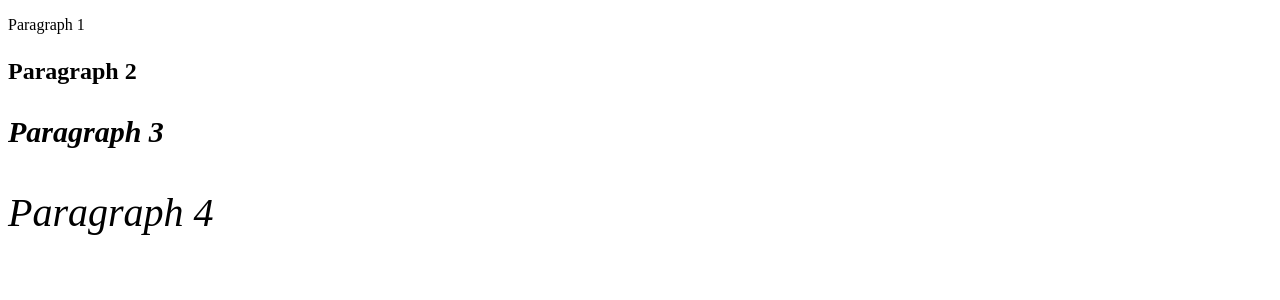
Repository: yeosong-SMU/Java-Fulls-tack
Page: html/src/main/webapp/ch02/fontsize.html
These files come from the project's save history. The page is drawn as it stood at one moment and after the next save; the edit follows.
The browser window is 1280 px wide. The pictures show the whole page.

Above is the page before, as saved 2025-04-01 02:17:32.

After the next save:
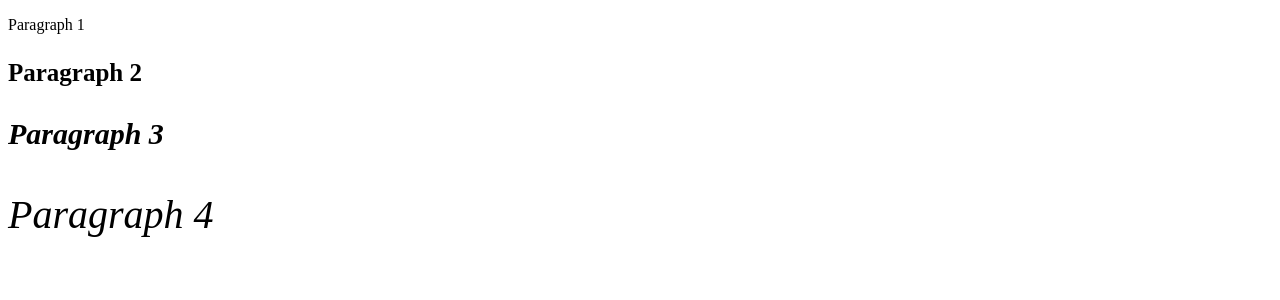
Saved 21 s later.
--- a/html/src/main/webapp/ch02/fontsize.html
+++ b/html/src/main/webapp/ch02/fontsize.html
@@ -9,7 +9,7 @@
 }
 
 #p2 {
-	font-size: 24px;
+	font-size: 25px;
 	font-weight: bold;
 }
 
